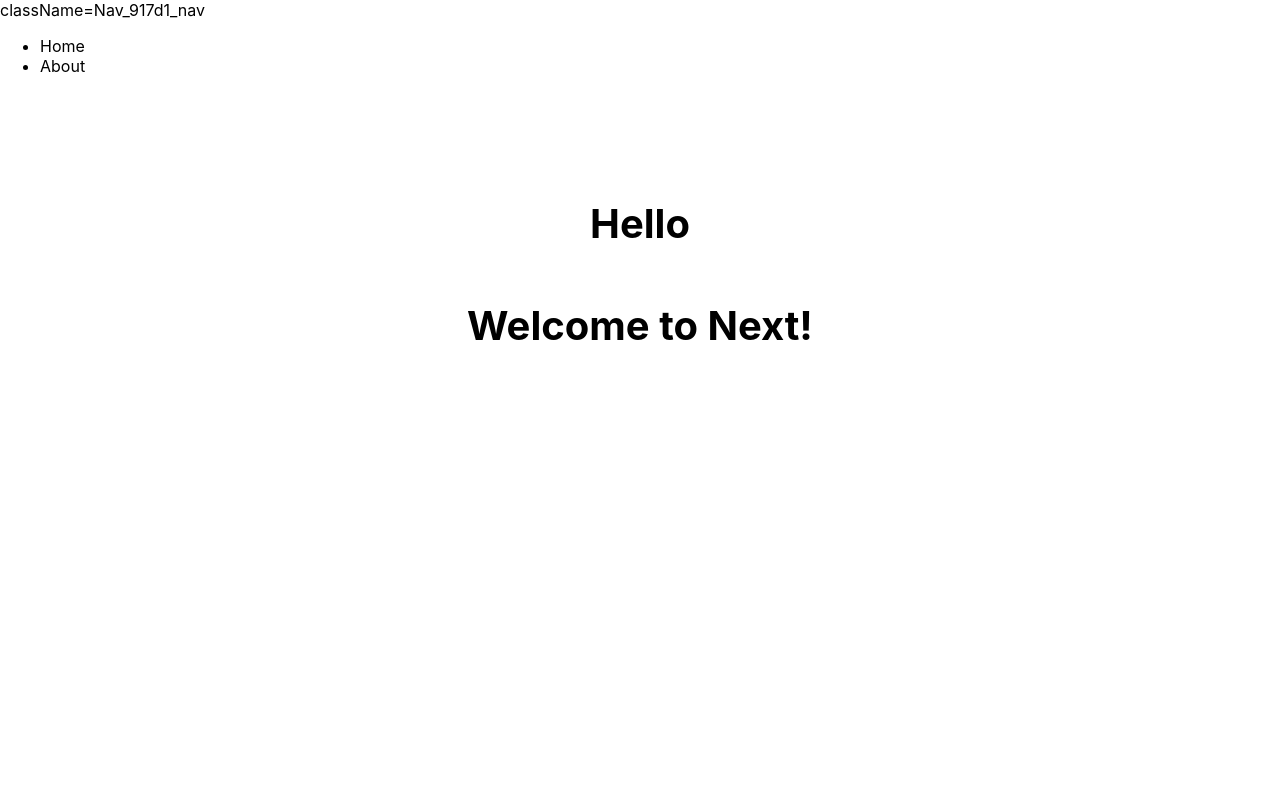
Repository: jasmina94/first-next-app
Page: /
These files come from the project's save history. The page is drawn as it stood at one moment and after the next save; the edit follows.
The browser window is 1280 px wide. The pictures show the whole page.
The project was rebuilt for these pictures with package versions that can differ from the ones it lists, and the page was loaded fresh each time. The framework's server and built-in components were replaced by stand-ins that run in the browser. Also part of the build but not shown: next.config.js.

Above is the page before, as saved 2021-07-23 16:27:35.

### pages/_app.js
import Layout from '../components/Layout';
import '../styles/globals.css'

//Wrapper about all Page components
function MyApp({ Component, pageProps }) {
  return (
    <Layout>
      <Component {...pageProps} />
    </Layout>
  )
}

export default MyApp

### pages/index.js
import Head from 'next/head'
import Image from 'next/image'

export default function Home() {
  return (
    <div>
      <Head>
        <title>WebDev Newz</title>
        <meta name='keywords'/>
      </Head>
      <h1>Welcome to Next!</h1>
    </div>
  )
}

### components/Layout.js
import Nav from './Nav';
import styles from '../styles/Layout.module.css';

const Layout = ({ children }) => {
    return (
        <>
            <Nav />
            <div className={styles.container}>
                <main className={styles.main}>
                    <h1>Hello</h1>
                    {children}
                </main>
            </div>
        </>
    )
}

export default Layout;

### components/Nav.js
import navStyles from '../styles/Nav.module.css';
import Link from 'next/link';

const Nav = () => {
    return (
        <nav> className={navStyles.nav}
            <ul>
                <li>
                    <Link href='/'>Home</Link>
                </li>
                <li>
                    <Link href='/'>About</Link>
                </li>
            </ul>
        </nav>
    )
}

export default Nav;

### styles/Layout.module.css
.container {
  min-height: 100vh;
  padding: 0 0.5rem;
  display: flex;
  flex-direction: column;
  justify-content: flex-start;
  align-items: center;
  height: 100vh;
}

.main {
  padding: 5rem 0;
  flex: 1;
  display: flex;
  flex-direction: column;
  justify-content: flex-start;
  align-items: center;
  font-size: 1.25rem;
}

.footer {
  width: 100%;
  height: 100px;
  border-top: 1px solid #eaeaea;
  display: flex;
  justify-content: center;
  align-items: center;
}

.footer a {
  display: flex;
  justify-content: center;
  align-items: center;
  flex-grow: 1;
}

.title a {
  color: #0070f3;
  text-decoration: none;
}

.title a:hover,
.title a:focus,
.title a:active {
  text-decoration: underline;
}

.title {
  margin: 0;
  line-height: 1.15;
  font-size: 4rem;
}

.title,
.description {
  text-align: center;
}

.description {
  line-height: 1.5;
  font-size: 1.5rem;
}

.code {
  background: #fafafa;
  border-radius: 5px;
  padding: 0.75rem;
  font-size: 1.1rem;
  font-family: Menlo, Monaco, Lucida Console, Liberation Mono, DejaVu Sans Mono,
    Bitstream Vera Sans Mono, Courier New, monospace;
}

.grid {
  display: flex;
  align-items: center;
  justify-content: center;
  flex-wrap: wrap;
  max-width: 800px;
  margin-top: 3rem;
}

.card {
  margin: 1rem;
  padding: 1.5rem;
  text-align: left;
  color: inherit;
  text-decoration: none;
  border: 1px solid #eaeaea;
  border-radius: 10px;
  transition: color 0.15s ease, border-color 0.15s ease;
  width: 45%;
}

.card:hover,
.card:focus,
.card:active {
  color: #0070f3;
  border-color: #0070f3;
}

.card h2 {
  margin: 0 0 1rem 0;
  font-size: 1.5rem;
}

.card p {
  margin: 0;
  font-size: 1.25rem;
  line-height: 1.5;
}

.logo {
  height: 1em;
  margin-left: 0.5rem;
}

@media (max-width: 600px) {
  .grid {
    width: 100%;
    flex-direction: column;
  }
}

Loaded but not shown: styles/globals.css (common file); styles/Nav.module.css (common file)

After the next save:
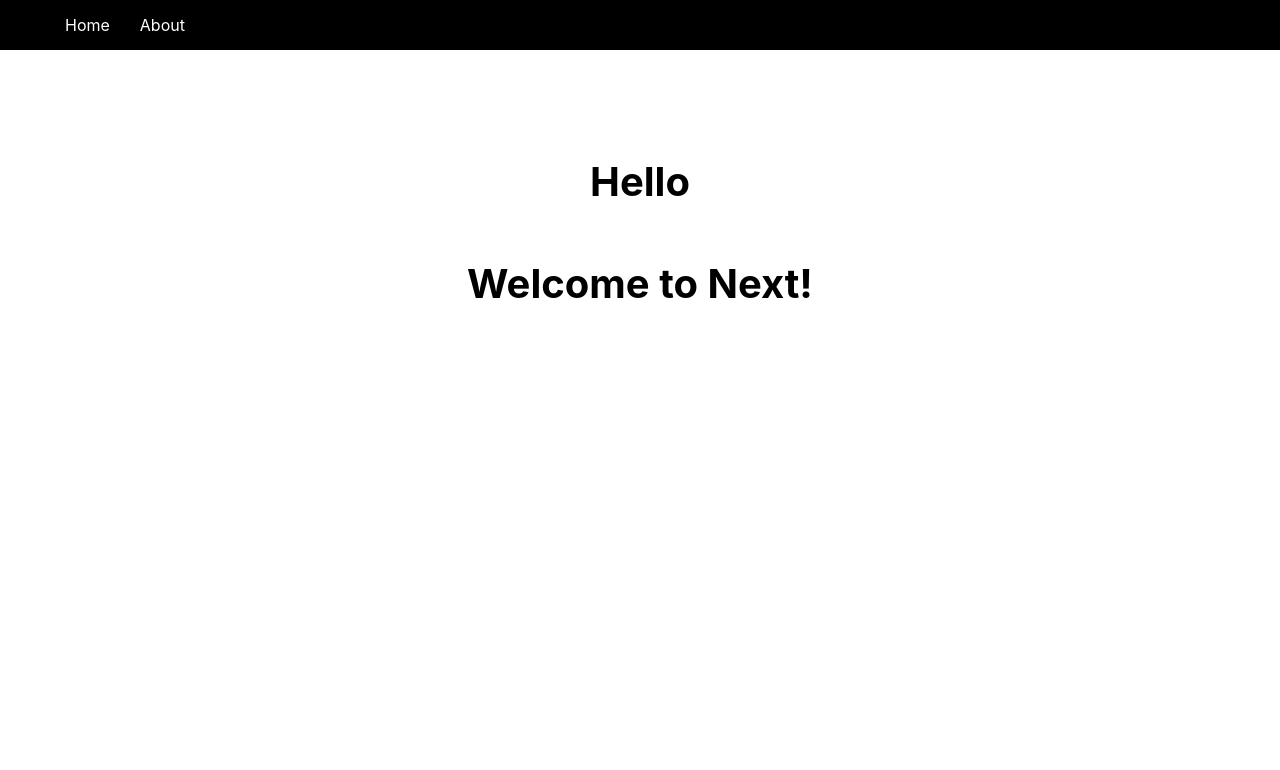
Saved 9 s later.
--- a/components/Nav.js
+++ b/components/Nav.js
@@ -3,7 +3,7 @@
 
 const Nav = () => {
     return (
-        <nav> className={navStyles.nav}
+        <nav className={navStyles.nav}>
             <ul>
                 <li>
                     <Link href='/'>Home</Link>
